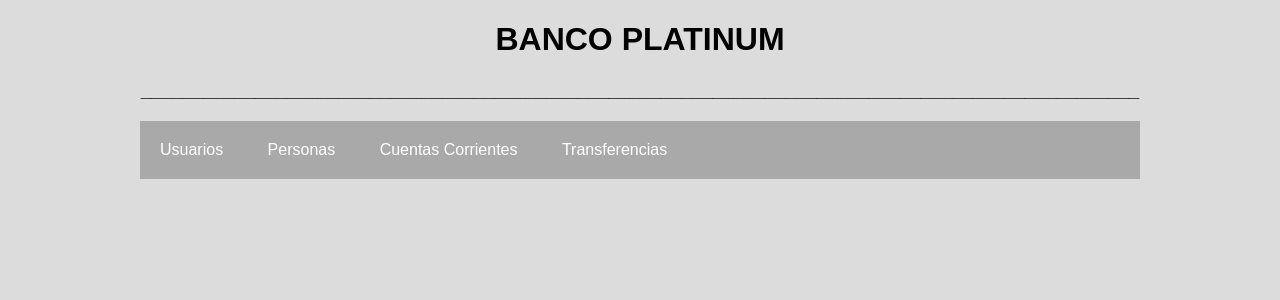
Repository: miguelalvarezcl/examen
Page: http://localhost/CtaCorriente/home.jsp
These files come from the project's save history. The page is drawn as it stood at one moment and after the next save; the edit follows.
The browser window is 1280 px wide. The pictures show the whole page.
The page is served by Tomcat 9. Other server files are loaded and not shown.

Above is the page before, as saved 2021-11-13 04:30:26.

### CtaCorriente/WebContent/home.jsp
<%@ page language="java" contentType="text/html; charset=utf-8"
    pageEncoding="utf-8"%>
<!DOCTYPE html>
<html>
<head>
<meta charset="utf-8">
<title>:::... Banco Platinum ...:::</title>
</head>
<body>
	<div style="text-align: center">
		<h1>BANCO PLATINUM</h1>
		<h3>________________________________________________________________________________________________</h3>
	</div>
		<ul class="menu">
			<li><a href="http://localhost:49670/CtaCorriente/">Usuarios</a></li>
			<li><a href="http://localhost:49670/CtaCorriente/listPersonabd">Personas</a></li>
			<li><a href="http://localhost:49670/CtaCorriente/listCuentabd">Cuentas Corrientes</a></li>
			<li><a href="http://localhost:49670/CtaCorriente/listTransferencia">Transferencias</a></li>

		</ul>

</body>
</html>
<style>
body{
	font-family: arial, helvetica;
	background: #DCDCDC;
}


.menu{
	list-style: none;
	padding: 0;
	background: #A9A9A9;
	width: 100%;
	max-width: 1000px;
	margin: auto;
}

.menu li a{
	text-decoration: none;
	color: white;
	padding: 20px;
	display: block;
}

.menu li{
	display: inline-block;
	text-align: center;
}

.menu li a:hover{
	background: #C0C0C0;
}


</style>

After the next save:
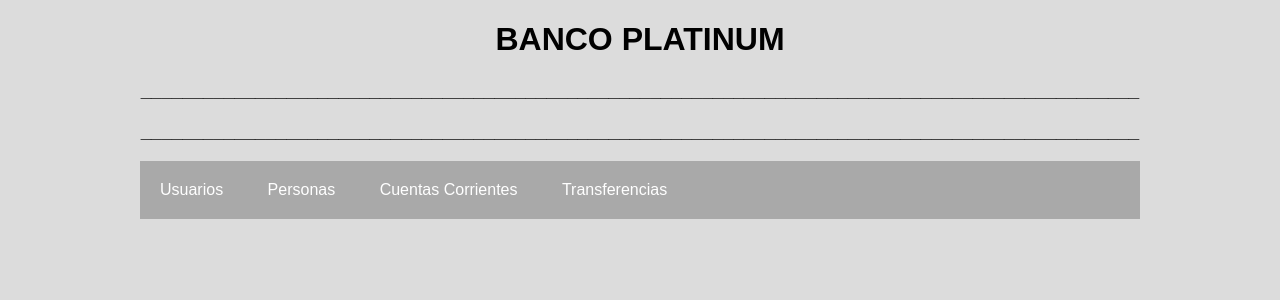
Saved 18 s later.
--- a/CtaCorriente/WebContent/home.jsp
+++ b/CtaCorriente/WebContent/home.jsp
@@ -9,6 +9,7 @@
 <body>
 	<div style="text-align: center">
 		<h1>BANCO PLATINUM</h1>
+		<h3>________________________________________________________________________________________________</h3>
 		<h3>________________________________________________________________________________________________</h3>
 	</div>
 		<ul class="menu">

After the save that followed:
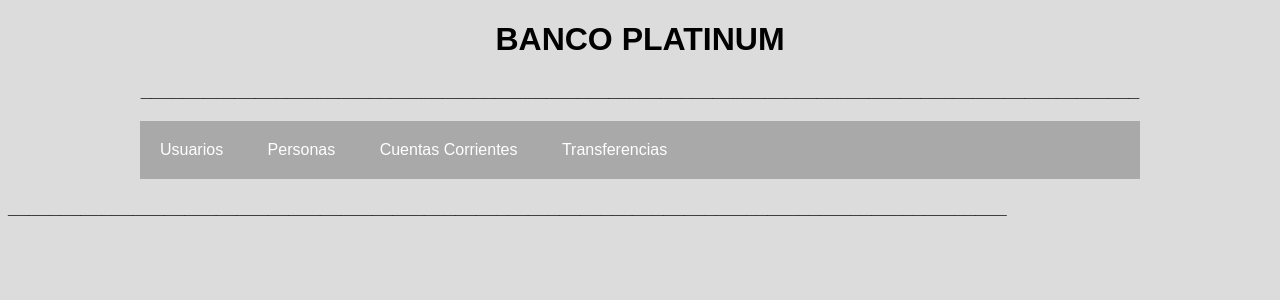
Saved 22 s later.
--- a/CtaCorriente/WebContent/home.jsp
+++ b/CtaCorriente/WebContent/home.jsp
@@ -10,7 +10,7 @@
 	<div style="text-align: center">
 		<h1>BANCO PLATINUM</h1>
 		<h3>________________________________________________________________________________________________</h3>
-		<h3>________________________________________________________________________________________________</h3>
+
 	</div>
 		<ul class="menu">
 			<li><a href="http://localhost:49670/CtaCorriente/">Usuarios</a></li>
@@ -19,7 +19,7 @@
 			<li><a href="http://localhost:49670/CtaCorriente/listTransferencia">Transferencias</a></li>
 
 		</ul>
-
+		<h3>________________________________________________________________________________________________</h3>
 </body>
 </html>
 <style>
